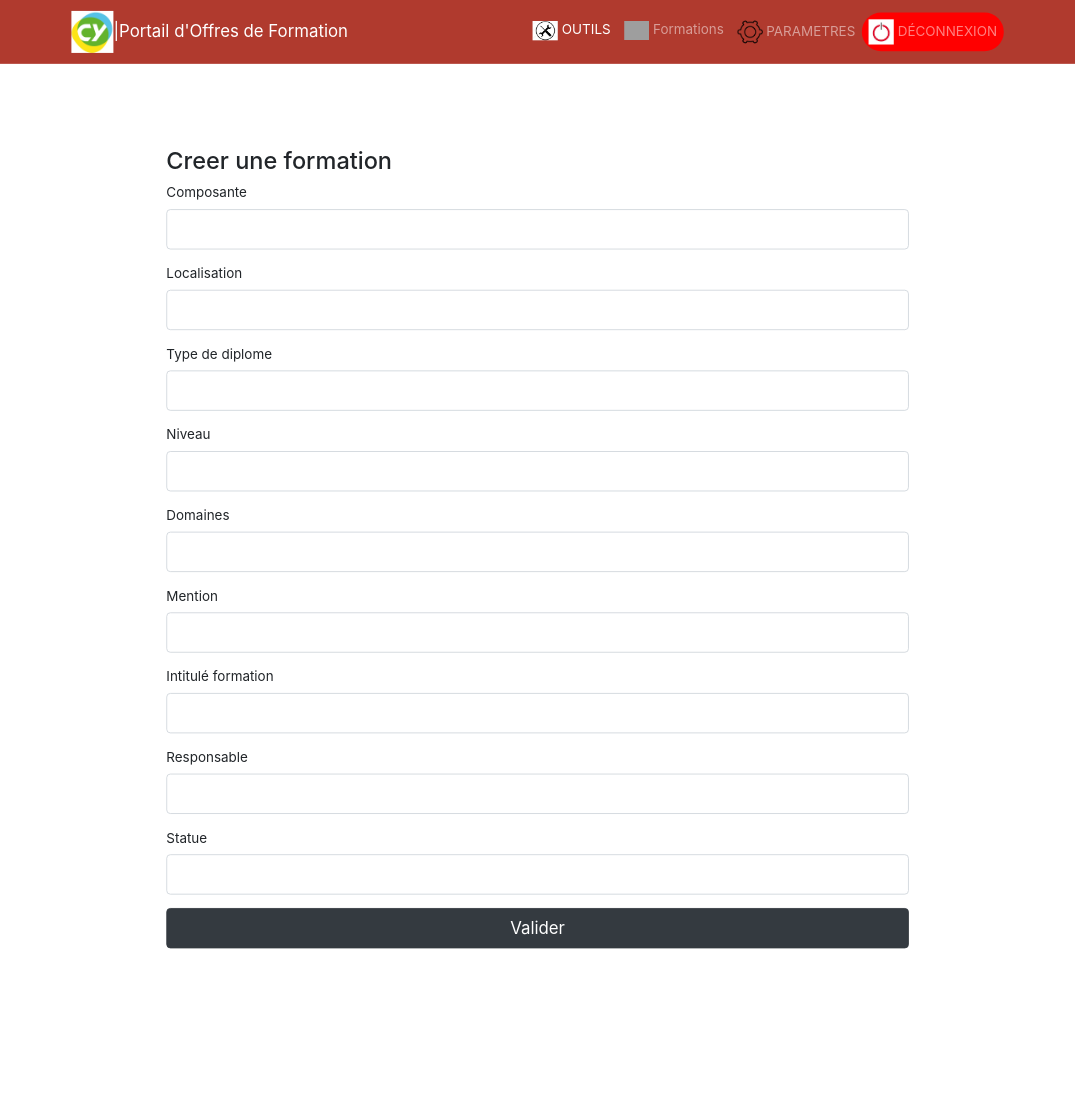
Repository: BaldeThierno1990/Projet-1-formation-tableau-generique-vue-export
Page: / (app in mcc/)
The author's editor kept a copy of each file at every save. The page is drawn from the files as they stood at one save, then again after the next save.
The browser window is 1280 px wide. The pictures show the whole page, at 84% of full size.
Pictures or frames that could not be fetched are drawn as grey boxes. The project was rebuilt for these pictures with package versions that can differ from the ones it lists, and the page was loaded fresh each time.

Above is the page before, as saved 2021-03-29 11:54:50.

### mcc/src/main.js
import Vue from 'vue'
import App from './App.vue'
import VueRouter from 'vue-router'
//Bootstrap
import 'bootstrap';
import 'bootstrap/dist/css/bootstrap.min.css';
import '@/assets/css/main.css'

Vue.use(VueRouter)

Vue.config.productionTip = false

new Vue({
  render: h => h(App),
}).$mount('#app')

### mcc/src/App.vue
<template>
  <div id="app">
    <v-header></v-header>
   <creat-form></creat-form>

  </div>
</template>

<script>

import VHeader from "./components/menu/VHeader.vue";


import CreatForm from './components/tableau/Creat-form.vue';

export default {
  name: "App",
  components: {
    VHeader,
    CreatForm,


  },
};
</script>

<style>
#app {
  font-family: Avenir, Helvetica, Arial, sans-serif;
  -webkit-font-smoothing: antialiased;
  -moz-osx-font-smoothing: grayscale;
  text-align: center;
  color: #2c3e50;
}
#nav {
  padding: 30px;
}
/*Pour tous les appareils équipés d'écrans et dont la taille est inférieure à 780px*/
@media screen and (max-width: 780px){
    body{
        background-color: #848; /*Violet*/
  }
    .conteneur-flex{
        flex-flow: column wrap;
    }
}

### mcc/src/assets/css/main.css
.form{
    margin: 99px;
    padding: 99px;
    margin-top: 0px;
}

### mcc/src/components/menu/VHeader.vue
<template>
  <div class="header">
    <!-- Navigation -->
    <nav class="navbar navbar-expand-lg navbar-dark static-top" id="nav">
      <div class="container">
        <a class="navbar-brand" href="#">
          <img src="@/assets/logo.jpg" alt="Logo" width="50" />|Portail d'Offres
          de Formation
        </a>
        <button
          class="navbar-toggler"
          type="button"
          data-toggle="collapse"
          data-target="#navbarResponsive"
          aria-controls="navbarResponsive"
          aria-expanded="false"
          aria-label="Toggle navigation"
        >
          <span class="navbar-toggler-icon"></span>
        </button>
        <div class="collapse navbar-collapse" id="navbarResponsive">
          <ul class="navbar-nav ml-auto">
            <li class="nav-item active">
              <a class="nav-link" href="#">
                <img src="@/assets/icone_outils.jpg" alt="Outils" width="30" />
                OUTILS
                <span class="sr-only">(current)</span>
              </a>
            </li>

            <li class="nav-item">
              <a class="nav-link" href="#"
                ><img
                  src="@/assets/icone_formation.png"
                  alt="Formation"
                  width="30"
                />
                Formations</a
              >
            </li>
            <li class="nav-item">
              <a class="nav-link" href="#"
                ><img
                  src="@/assets/icone_parametre.png"
                  alt="Parametre"
                  width="30"
                />
                PARAMETRES</a
              >
            </li>
            <li class="nav-item">
              <a id="out" class="nav-link" href="#">
                <img
                  src="@/assets/icone_deconnexion.jpeg"
                  alt="Formation"
                  width="30"
                />
                DÉCONNEXION</a
              >
            </li>
          </ul>
        </div>
      </div>
    </nav>
  </div>
</template>
<style>
#nav {
  background-color: #b03a2e;
}
#out {
  background-color: red;
  border-radius: 30px;
}
li a {
  color: white;
}
</style>

### mcc/src/components/tableau/Creat-form.vue
<template>
    <div class="form">
        <form>
            <h3>Creer une formation</h3>

            <div class="form-group">
                <label>Composante</label>
                <input type="text" class="form-control form-control-lg"/>
            </div>

            <div class="form-group">
                <label>Localisation</label>
                <input type="local" class="form-control form-control-lg" />
            </div>

            <div class="form-group">
                <label>Type de diplome</label>
                <input type="diplome" class="form-control form-control-lg" />
            </div>
              <div class="form-group">
                <label>Niveau</label>
                <input type="niveau" class="form-control form-control-lg" />
            </div>
              <div class="form-group">
                <label>Domaines</label>
                <input type="domaine" class="form-control form-control-lg" />
            </div>
              <div class="form-group">
                <label>Mention</label>
                <input type="mention" class="form-control form-control-lg" />
            </div>
              <div class="form-group">
                <label>Intitulé formation</label>
                <input type="intitule" class="form-control form-control-lg" />
            </div>
              <div class="form-group">
                <label>Responsable</label>
                <input type="responsable" class="form-control form-control-lg" />
            </div>
              <div class="form-group">
                <label>Statue</label>
                <input type="statue" class="form-control form-control-lg" />
            </div>

            <button type="submit" class="btn btn-dark btn-lg btn-block">Valider</button>


        </form>
    </div>
</template>

<script>
    export default {
       data() {
    return {
      form: {
        name: null,
        local: null,
        diplome: null,
        niveau: null,
        domaine: null,
        mention: null,
        intitule: null,
        responsable: null,
        statue: null
      }
    };
  },



       methods:{
    checkForm: function (e) {
      if (this.name && this.local && this.diplome && this.niveau && this.domaine && this.mention && this.intitule && this.statue) {
        return true;
      }

      this.errors = [];

      if (!this.name) {
        this.errors.push('Name required.');
      }
      if (!this.local) {
        this.errors.push('local required.');
      }
       if (!this.diplome) {
        this.errors.push('diplome required.');
      }
       if (!this.niveau) {
        this.errors.push('niveau required.');

      }
       if (!this.domaine) {
        this.errors.push('domaine required.');
      }
       if (!this.mention) {
        this.errors.push('Mention required.');
      }
       if (!this.intitule) {
        this.errors.push('Intitulé required.');
      }
       if (!this.statue) {
        this.errors.push('statue required.');
      }

      e.preventDefault();
    }

       }
    }



</script>

Loaded but not shown: mcc/public/index.html (common file)

After the next save:
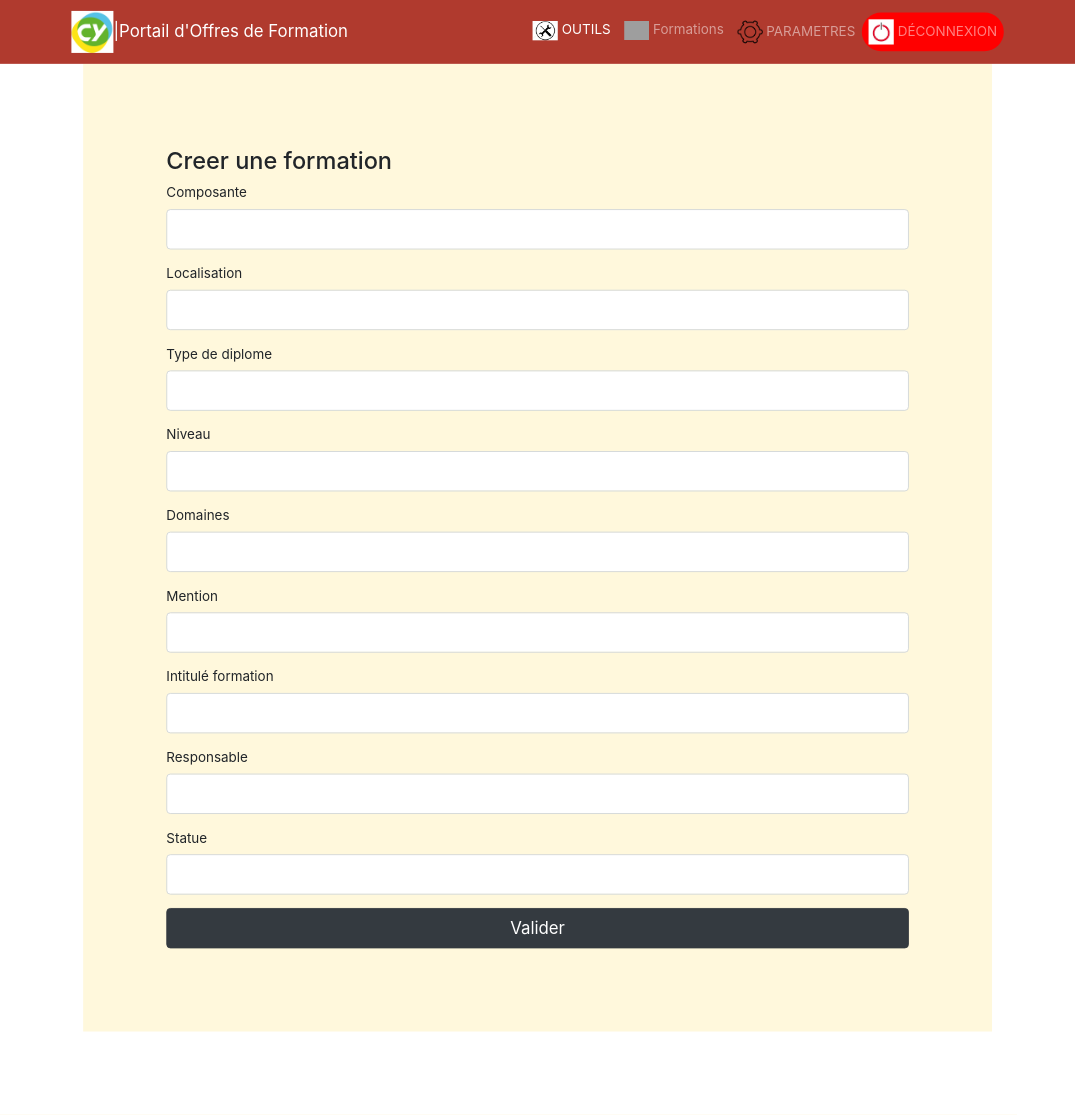
Saved 27 s later.
--- a/mcc/src/assets/css/main.css
+++ b/mcc/src/assets/css/main.css
@@ -2,4 +2,5 @@
     margin: 99px;
     padding: 99px;
     margin-top: 0px;
+    background-color: cornsilk;
 }

After the save that followed:
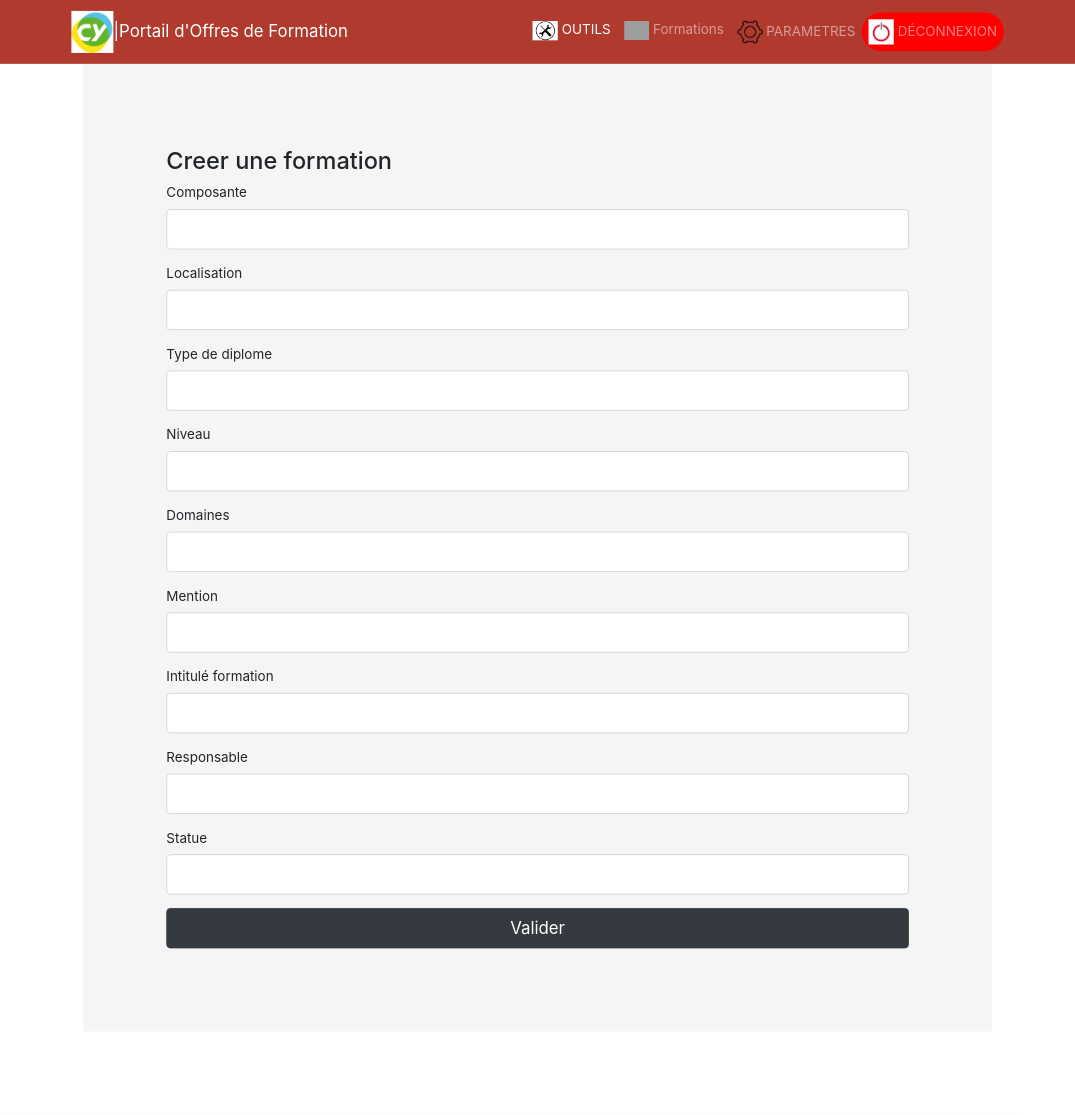
Saved 24 s later.
--- a/mcc/src/assets/css/main.css
+++ b/mcc/src/assets/css/main.css
@@ -2,5 +2,5 @@
     margin: 99px;
     padding: 99px;
     margin-top: 0px;
-    background-color: cornsilk;
+    background-color: whitesmoke;
 }
